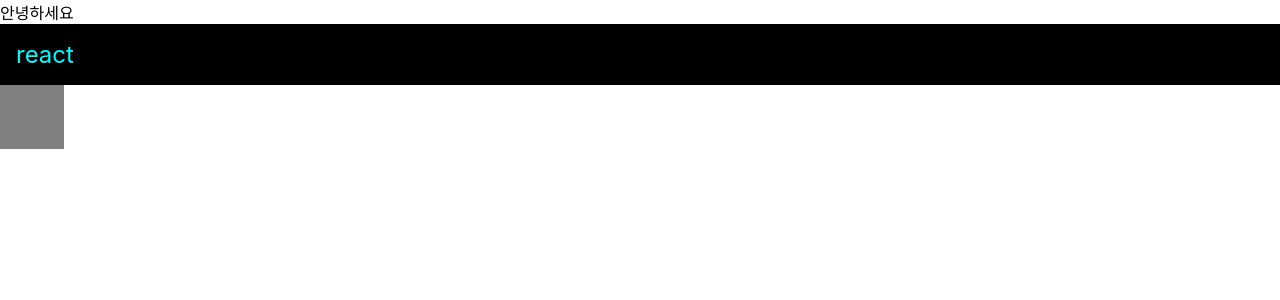
Repository: sojihwan/react-restart
Page: / (app in re-recat/)
The author's editor kept a copy of each file at every save. The page is drawn from the files as they stood at one save, then again after a run of saves.
The browser window is 1280 px wide. The pictures show the whole page.
The project was rebuilt for these pictures with package versions that can differ from the ones it lists, and the page was loaded fresh each time.

Above is the page before, as saved 2022-09-05 10:57:48.

After the next 8 saves:
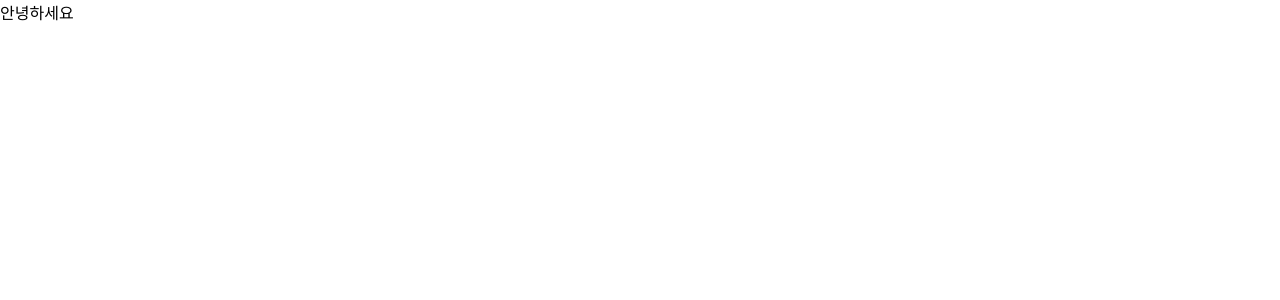
The 8 saves are shown as one change because 2 did not build or start and some came seconds apart.
The last was saved 28 s later.
--- a/re-recat/src/App.js
+++ b/re-recat/src/App.js
@@ -4,7 +4,7 @@
 
 
 function App() {
-  const name = 'react';
+  {/*const name = 'react';
   const style = {
     backgroundColor: 'black',
     color: 'aqua',
@@ -14,14 +14,14 @@
 
   return (
     <>
-      {/* 주석은 화면에 보이지 않습니다 */}
+      { 주석은 화면에 보이지 않습니다 }
       <Hello
         // 열리는 태그 내부에서는 이렇게 주석을 작성 할 수 있습니다.
       />
       <div style={style}>{name}</div>
       <div className="gray-box"></div>
     </>
-  );
+  );*/}
   return (
     <Hello name="react" />
   );

After the 5 saves that followed:
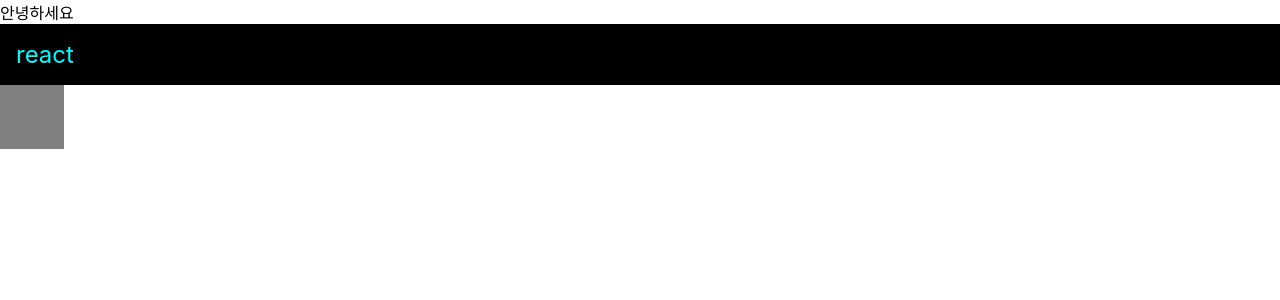
The 5 saves are shown as one change because 2 left the picture as it was and some came seconds apart.
The last was saved 33 s later.
--- a/re-recat/src/App.js
+++ b/re-recat/src/App.js
@@ -4,7 +4,7 @@
 
 
 function App() {
-  {/*const name = 'react';
+  const name = 'react';
   const style = {
     backgroundColor: 'black',
     color: 'aqua',
@@ -14,14 +14,14 @@
 
   return (
     <>
-      { 주석은 화면에 보이지 않습니다 }
+      {/* 주석은 화면에 보이지 않습니다 */}
       <Hello
         // 열리는 태그 내부에서는 이렇게 주석을 작성 할 수 있습니다.
       />
       <div style={style}>{name}</div>
       <div className="gray-box"></div>
     </>
-  );*/}
+  );
   return (
     <Hello name="react" />
   );
